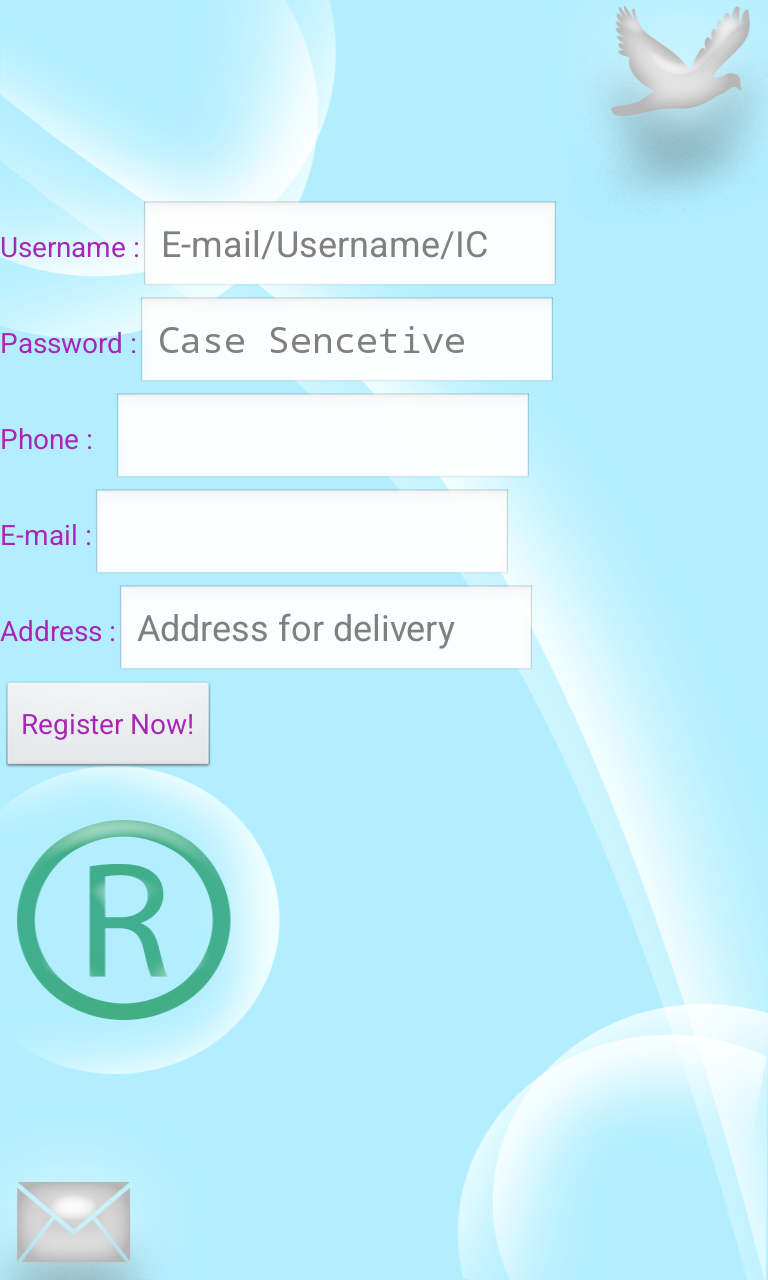
Repository: JodyCoolit/android
Layout: Delivery/res/layout/activity_signup.xml
The author's editor kept a copy of each file at every save. The layout is drawn from the files as they stood at one save, then again after the next save.
It is drawn on a 768 x 1280 px phone screen (xhdpi) without system bars, with theme android:Theme.Light.NoTitleBar.Fullscreen; the app's code is not run.

Above is the layout before, as saved 2014-08-26 07:02:26.

### Delivery/res/layout/activity_signup.xml
<?xml version="1.0" encoding="utf-8"?>
<LinearLayout xmlns:android="http://schemas.android.com/apk/res/android"
    android:layout_width="match_parent"
    android:layout_height="match_parent"
    android:orientation="vertical"
    android:background="@drawable/bg_signup" >
	<LinearLayout
	    android:layout_width="match_parent"
   		android:layout_height="wrap_content"
	    android:orientation="horizontal"
	    android:layout_marginTop="100sp"
	    >
	    <TextView
        android:id="@+id/tv_signup_username"
        android:layout_width="wrap_content"
        android:layout_height="wrap_content"
        android:text="@string/tv_signup_username"
        android:textColor="#A726B5" />
	    <EditText
        android:id="@+id/et_signup_username"
        android:layout_width="wrap_content"
        android:layout_height="wrap_content"
        android:ems="10"
        android:hint="@string/hint_signup_username"
        android:textColor="#26B58F"
        android:singleLine="true">
    </EditText>
	</LinearLayout>

	<LinearLayout
	    android:layout_width="match_parent"
   		android:layout_height="wrap_content"
	    android:orientation="horizontal"
	    >
		 <TextView
		    android:id="@+id/tv_signup_password"
		    android:layout_width="wrap_content"
		    android:layout_height="wrap_content"
		    android:text="@string/tv_signup_password"
		    android:textColor="#A726B5" />

		<EditText
		    android:id="@+id/et_signup_password"
		    android:layout_width="wrap_content"
		    android:layout_height="wrap_content"
		    android:ems="10"
		    android:inputType="textPassword"
		    android:hint="@string/hint_signup_password"
		    android:textColor="#26B58F"
		    android:singleLine="true" />
	</LinearLayout>
	<LinearLayout
	    android:layout_width="match_parent"
   		android:layout_height="wrap_content"
	    android:orientation="horizontal"
	    >
		 <TextView
		    android:id="@+id/tv_signup_phone"
		    android:layout_width="wrap_content"
		    android:layout_height="wrap_content"
		    android:text="@string/tv_signup_phone"
		    android:textColor="#A726B5" />

		<EditText
		    android:id="@+id/et_signup_phone"
		    android:layout_marginLeft="10sp"
		    android:layout_width="wrap_content"
		    android:layout_height="wrap_content"
		    android:ems="10"
		    android:inputType="phone"
		    android:textColor="#26B58F"
		    android:singleLine="true" />
	</LinearLayout>

	<LinearLayout
	    android:layout_width="match_parent"
   		android:layout_height="wrap_content"
	    android:orientation="horizontal"
	    >
		 <TextView
		    android:id="@+id/tv_signup_email"
		    android:layout_width="wrap_content"
		    android:layout_height="wrap_content"
		    android:text="@string/tv_signup_email"
		    android:textColor="#A726B5" />

		<EditText
		    android:id="@+id/et_signup_email"
		    android:layout_width="wrap_content"
		    android:layout_height="wrap_content"
		    android:ems="10"
		    android:inputType="textEmailAddress"
		    android:textColor="#26B58F"
		    android:singleLine="true" />
	</LinearLayout>

	<LinearLayout
	    android:layout_width="match_parent"
   		android:layout_height="wrap_content"
	    android:orientation="horizontal"
	    >
		 <TextView
		    android:id="@+id/tv_signup_address"
		    android:layout_width="wrap_content"
		    android:layout_height="wrap_content"
		    android:text="@string/tv_signup_address"
		    android:textColor="#A726B5" />

		<EditText
		    android:id="@+id/et_signup_address"
		    android:layout_width="wrap_content"
		    android:layout_height="wrap_content"
		    android:ems="10"
		    android:textColor="#26B58F"
		    android:hint="@string/hint_signup_address"
		    android:singleLine="true" />
	</LinearLayout>
	<Button
	    android:id="@+id/btn_signup_register"
	    android:layout_width="wrap_content"
	    android:layout_height="wrap_content"
	    android:text="@string/btn_signup_register"
	    android:textColor="#A726B5" />
</LinearLayout>

### Delivery/res/values/strings.xml
<?xml version="1.0" encoding="utf-8"?>
<resources>
    <string name="app_name">Delivery</string>
    <string name="signup">Sign Up</string>

    <!-- LoginActivity -->
    <string name="welcome">Welcome!</string>
    <string name="rememberMe"> Remember Me</string>
	<string name="btn_signin">Sign in</string>
	<string name="btn_signup">Sign up</string>
	<string name="hint_username">Enter your username here</string>
	<string name="hint_password">Enter your password here</string>

	<!--  SignupActivity -->
	<string name="tv_signup_username">Username : </string>
	<string name="tv_signup_password">Password : </string>
	<string name="hint_signup_username">E-mail/Username/IC</string>
	<string name="hint_signup_password">Case Sencetive</string>
	<string name="hint_signup_address">Address for delivery</string>
	<string name="tv_signup_phone">Phone : </string>
	<string name="tv_signup_email">E-mail : </string>
	<string name="tv_signup_address">Address : </string>
	<string name="btn_signup_register">Register Now!</string>

	<!-- UserActivity -->
	<string-array name="menu_user">
	    <item>Home</item>
	    <item>New Order</item>
	    <item>Order Status</item>
	    <item>Message</item>
	    <item>Promotion</item>
	    <item>Feedback</item>
	    <item>About Us</item>
	    <item>Log Out</item>
	</string-array>
</resources>

After the next save:
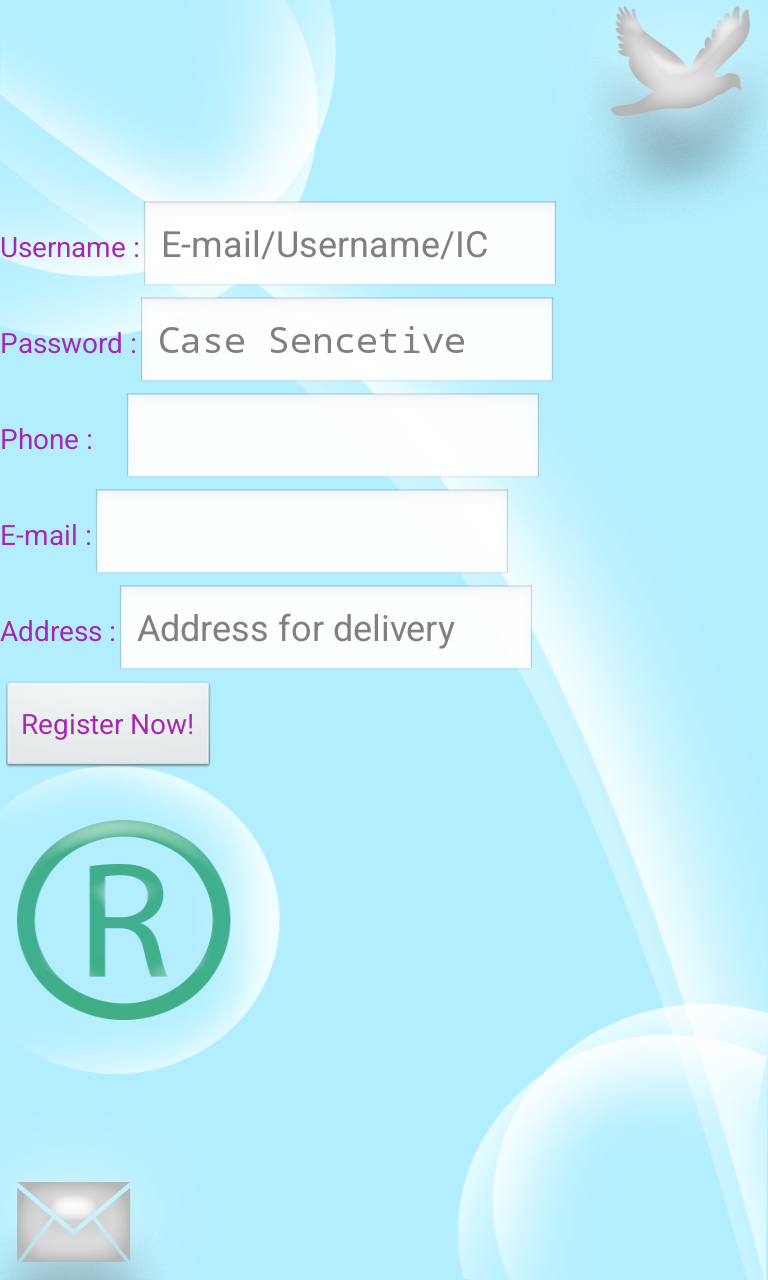
Saved 5 s later.
--- a/Delivery/res/layout/activity_signup.xml
+++ b/Delivery/res/layout/activity_signup.xml
@@ -63,7 +63,7 @@
 
 		<EditText
 		    android:id="@+id/et_signup_phone"
-		    android:layout_marginLeft="10sp"
+		    android:layout_marginLeft="15sp"
 		    android:layout_width="wrap_content"
 		    android:layout_height="wrap_content"
 		    android:ems="10"
